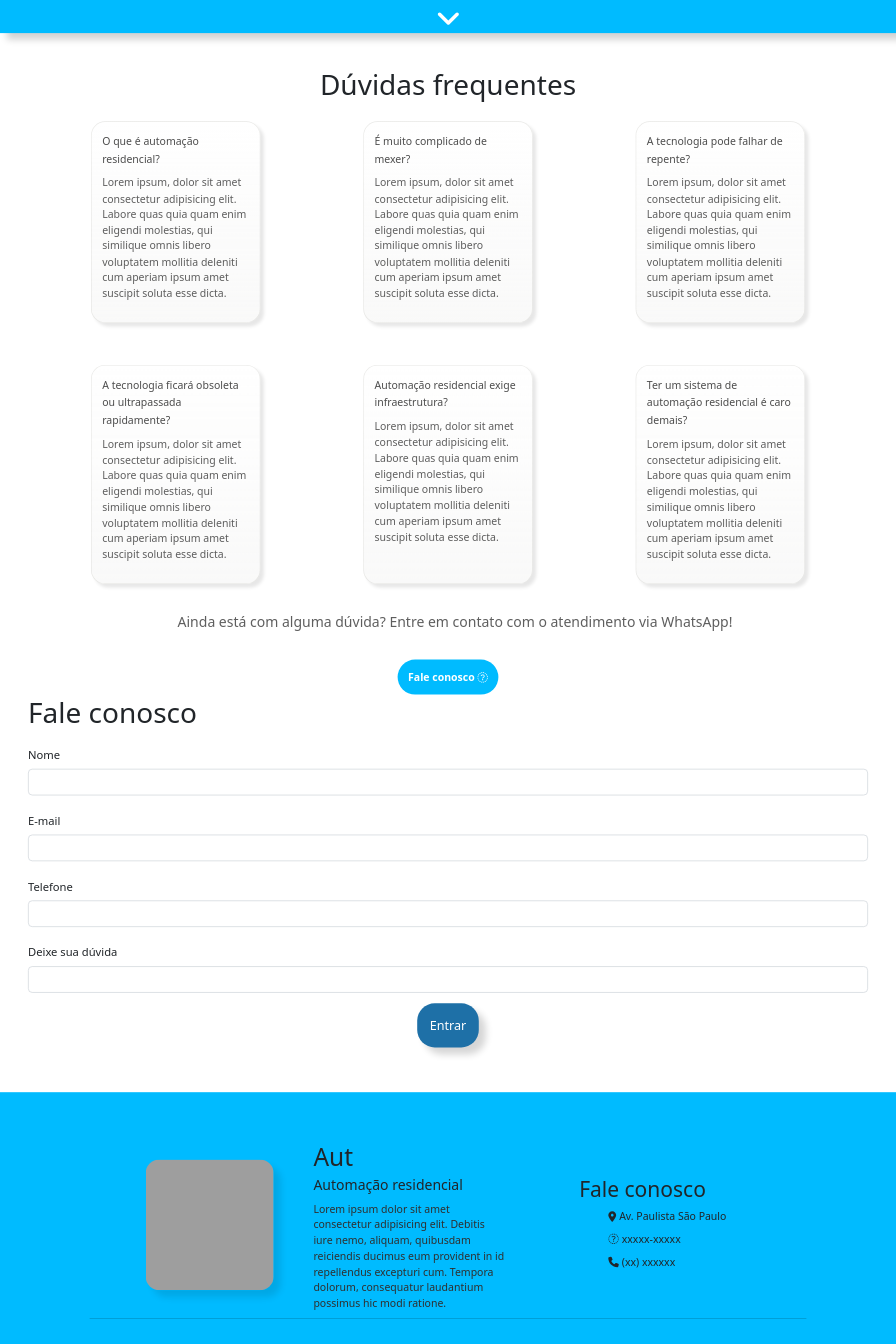
Repository: BulleST/SouHi_Institucional
Page: home.html
An editor plug-in stored every save of this project. The page is shown before and after the next save, followed by the edit.
The browser window is 1280 px wide. The pictures show the part of the page from y = 1636 to 3556 px (the page is 3556 px tall before and 3506 px after), at 70% of full size.
Pictures or frames that could not be fetched are drawn as grey boxes.

Above is the page before, as saved 2022-10-27 16:55:09.

### home.html
<!DOCTYPE html>
<html lang="pt-br">

<head>
  <meta charset="UTF-8">
  <meta http-equiv="X-UA-Compatible" content="IE=edge">
  <meta name="viewport" content="width=device-width, initial-scale=1.0">
  <title>SouHi - Soluções Automatizadas</title>

  <script src="https://code.jquery.com/jquery-3.6.1.js" integrity="sha256-3zlB5s2uwoUzrXK3BT7AX3FyvojsraNFxCc2vC/7pNI="
    crossorigin="anonymous"></script>


    <!-- Bootstrap -->
<link href="https://cdn.jsdelivr.net/npm/bootstrap@5.2.2/dist/css/bootstrap.min.css" rel="stylesheet" integrity="sha384-Zenh87qX5JnK2Jl0vWa8Ck2rdkQ2Bzep5IDxbcnCeuOxjzrPF/et3URy9Bv1WTRi" crossorigin="anonymous">
<script src="https://cdn.jsdelivr.net/npm/bootstrap@5.2.2/dist/js/bootstrap.bundle.min.js" integrity="sha384-OERcA2EqjJCMA+/3y+gxIOqMEjwtxJY7qPCqsdltbNJuaOe923+mo//f6V8Qbsw3" crossorigin="anonymous"></script>
  <!-- Fontawesome -->
  <link rel="stylesheet" href="https://cdnjs.cloudflare.com/ajax/libs/font-awesome/6.2.0/css/all.min.css"
    integrity="sha512-xh6O/CkQoPOWDdYTDqeRdPCVd1SpvCA9XXcUnZS2FmJNp1coAFzvtCN9BmamE+4aHK8yyUHUSCcJHgXloTyT2A=="
    crossorigin="anonymous" referrerpolicy="no-referrer" />
  <script src="https://cdnjs.cloudflare.com/ajax/libs/font-awesome/6.2.0/js/all.min.js"
    integrity="sha512-naukR7I+Nk6gp7p5TMA4ycgfxaZBJ7MO5iC3Fp6ySQyKFHOGfpkSZkYVWV5R7u7cfAicxanwYQ5D1e17EfJcMA=="
    crossorigin="anonymous" referrerpolicy="no-referrer"></script>

  <!-- Slick Carousel -->
  <link rel="stylesheet" type="text/css" href="https://cdn.jsdelivr.net/npm/slick-carousel@1.8.1/slick/slick.css" />
  <script type="text/javascript" src="https://cdn.jsdelivr.net/npm/slick-carousel@1.8.1/slick/slick.min.js"></script>

  <!-- AOS -->
  <link rel="stylesheet" href="https://unpkg.com/aos@next/dist/aos.css">
  <script src="https://unpkg.com/aos@next/dist/aos.js"></script>

  <link rel="stylesheet" href="style.css">
  <script src="script.js" defer></script>

</head>

<body>
  <header>
    <div class="header-container bg-on" id="header">
      <div class="header-position">
        <div class="flex-item-image">
          <img src="img/logo_claro.png" alt="Logo Souhi">
        </div>
        <div class="flex-item-rotas">
          <nav class="rotas">
            <ul>
            <li> <a class="header__navigation-link" href="#home">Home</a></li>
              <li><a class="header__navigation-link" href="#quem-somos">Quem somos</a></li>
              <li><a class="header__navigation-link" href="#produtos">Ofertas</a></li>
              <li><a class="header__navigation-link" href="#duvidas">FAQ</a></li>
              <li><a class="header__navigation-link" href="#contatos">Contatos</a></li>
            </ul>
          </nav>
        </div>
        <div class="flex-item-contato">
          <a href="" class="btn-fale-conosco">Fale conosco!</a>
        </div>
      </div>
    </div>
  </header>


  <section>
    <section class="carrossel" id="inicio">
      <button class="btn-scroll-down">
        <i class="fas fa-chevron-down"></i>
      </button>
      <div class="slider">
        <div class=" first-item">
          <div class="slider__item-inner slider__item d-flex first-item-inner">
            <div class="slider__item-content first-content">
              <h3>Lorem Ipsum</h3>
              <hr>
              <p>Lorem ipsum dolor, sit amet consectetur adipisicing elit. Beatae fugiat voluptas consequatur voluptate perspiciatis aspernatur voluptates dolores inventore vero incidunt officia, modi dolorum. </p>
              <p class="my-2">Conheça nossos produtos!</p>
              <button class="btn btn-confira">Confira</button>
            </div>
            <div class="slider__item-image first-image">
              <img src="./img/house.png" alt="">
            </div>
          </div>
        </div>
        <div class="  second-item">

          <div class=" d-flex slider__item  second-item-inner">

            <div class="second-contain">
              <div class=" second-image">

                <img src="img/ic_launcher.png" alt="" >
                <img src="./img/phone.png" alt="">

              </div>
            <div class=" second-content">
              <h3>Lorem Ipsum</h3>

              <p>Lorem ipsum dolor, sit amet consectetur adipisicing elit.  </p>
              <a href="" class="btn-fale-conosco">Fale conosco!</a>

            </div>

          </div>

          </div>
        </div>
        <div class="  third-item">
          <div class=" d-flex slider__item  third-item-inner">
            <div class="third-contain">
              <div class=" third-image">
                <img src="img/smart-house-8.png" alt="" >
              </div>
            <div class=" third-content">
              <h3>Lorem Ipsum Ipsum</h3>
              <p>Lorem ipsum dolor, sit amet consectetur adipisicing elit. Lorem ipsum dolor, sit amet consectetur adipisicing elit. orem ipsum dolor, sit amet consectetur adipisicing elit. </p>
              <a href="" class="btn-fale-conosco mt-2">Fale conosco!</a>
            </div>
          </div>
          </div>
        </div>
        </div>
      </div>
    </section>

    <div class="bg">
      <div class="container wrapper">
        <section class="quem-somos" id="quem-somos">
          <img src="img/teste.jpg" alt="" class="imagem" data-aos="fade-right">
          <div class="texto" data-aos="fade-left">

            <h1>Quem somos</h1>
            <p>Lorem ipsum, dolor sit amet consectetur adipisicing elit. Iure, obcaecati alias magni reiciendis non ipsa
              asperiores deserunt quibusdam quasi ut odit, quaerat ex eum fugit pariatur rerum eius vitae maiores?</p>

            <button class="btn">Saiba mais <span> <i class="fa-solid fa-angles-right"></i></span></button>
          </div>
        </section>
        <div class="beneficios">
          <div class="card card-1" data-aos="fade-up">
            <div class="card-texto">
              <span> <i class="fa-solid fa-dollar-sign icone-card"></i></span>
              <h1>Economia</h1>
              <p>Lorem, ipsum dolor sit amet consectetur adipisicing elit. Saepe placeat repellat magni est praesentium
                quaerat aspernatur incidunt sint, quisquam voluptates aut fugiat vel dolorum maxime alias autem, sunt
                quae amet!</p>
            </div>
          </div>
          <div class="card card-2" data-aos="fade-up">
            <div class="card-texto">
              <span> <i class="fa-solid fa-shield icone-card"></i></span>
              <h1>Segurança</h1>
              <p>Lorem, ipsum dolor sit amet consectetur adipisicing elit. Saepe placeat repellat magni est praesentium
                quaerat aspernatur incidunt sint, quisquam voluptates aut fugiat vel dolorum maxime alias autem, sunt
                quae amet!</p>
            </div>
          </div>
          <div class="card card-3" data-aos="fade-up">
            <div class="card-texto">
              <span> <i class="fa-solid fa-check icone-card"></i></span>
              <h1>Conveniência</h1>
              <p>Lorem, ipsum dolor sit amet consectetur adipisicing elit. Saepe placeat repellat magni est praesentium
                quaerat aspernatur incidunt sint, quisquam voluptates aut fugiat vel dolorum maxime alias autem, sunt
                quae amet!</p>
            </div>
          </div>
          <div class="card card-4" data-aos="fade-up">
            <div class="card-texto">
              <span> <i class="fa-solid fa-couch icone-card"></i></span>
              <h1>Conforto</h1>
              <p>Lorem, ipsum dolor sit amet consectetur adipisicing elit. Saepe placeat repellat magni est praesentium
                quaerat aspernatur incidunt sint, quisquam voluptates aut fugiat vel dolorum maxime alias autem, sunt
                quae amet!</p>
            </div>
          </div>
        </div>
      </div>


      <div class="produtos-fechado" id="produtos">
        <div class="produtos-texto">
          <h1>O que você quer automatizar?</h1>
          <p>Lorem ipsum dolor sit, amet consectetur adipisicing elit. Explicabo odit eveniet molestiae reiciendis ab
            odio ipsum labore! Culpa optio consectetur, laboriosam quia enim vitae consequuntur tempora id in quos
            ipsum!</p>

          <span class="pra"><i class="fa-solid fa-angle-down down" id="show-or-hide"></i></span>
        </div>

      </div>
      <!-- <div class="produtos-aberto">
        <div class=" sessao  mySwiper container">
          <div class="swiper-wrapper content">

            <div class="swiper-slide card">
              <div class="card-content">

                <div class="image">
                  <img src="https://source.unsplash.com/random/250x250" alt="" class="eseu">

                </div>
              </div>
            </div>

            <div class="swiper-slide card">
              <div class="card-content">

                <div class="image">
                  <img src="https://source.unsplash.com/random/250x250" alt="" class="eseu">
                </div>
              </div>
            </div>

            <div class="swiper-slide card">

              <div class="card-content">

                <div class="image">
                  <img src="https://source.unsplash.com/random/250x250" alt="" class="eseu">
                </div>
              </div>
            </div>

            <div class="swiper-slide card">
              <div class="card-content">


                <div class="image">

                  <img src="https://source.unsplash.com/random/250x250" alt="" class="eseu">
                </div>
              </div>
            </div>
          </div>
        </div>
        <div class="swiper-button-next"></div>
        <div class="swiper-button-prev"></div>
        <div class="swiper-paggination"></div>
      </div> -->
    </div>






    <div class="wrapper">
      <div class="duvidas" id="duvidas">
        <h1>Dúvidas frequentes</h1>
        <div class="duvida-card">
          <div class="grupo1">
            <div class="duvida s1 " data-aos="fade-up">
              <span>
                <fa-icon [icon]="['fas', 'question-circle']" class="duvidas-icones"></fa-icon>
                <h2>O que é automação residencial?</h2>
              </span>
              <p>Lorem ipsum, dolor sit amet consectetur adipisicing elit. Labore quas quia quam enim eligendi
                molestias, qui similique omnis libero voluptatem mollitia deleniti cum aperiam ipsum amet suscipit
                soluta esse dicta.</p>
            </div>
            <div class="duvida s2 " data-aos="fade-up">
              <span>
                <fa-icon [icon]="['fas', 'question-circle']" class="duvidas-icones"></fa-icon>
                <h2>É muito complicado de mexer?</h2>
              </span>

              <p>Lorem ipsum, dolor sit amet consectetur adipisicing elit. Labore quas quia quam enim eligendi
                molestias, qui similique omnis libero voluptatem mollitia deleniti cum aperiam ipsum amet suscipit
                soluta esse dicta.</p>
            </div>
            <div class="duvida s3 " data-aos="fade-up">
              <span>
                <fa-icon [icon]="['fas', 'question-circle']" class="duvidas-icones"></fa-icon>
                <h2>A tecnologia pode falhar de repente?</h2>
              </span>

              <p>Lorem ipsum, dolor sit amet consectetur adipisicing elit. Labore quas quia quam enim eligendi
                molestias, qui similique omnis libero voluptatem mollitia deleniti cum aperiam ipsum amet suscipit
                soluta esse dicta.</p>
            </div>
          </div>
          <div class="grupo2">


            <div class="duvida s4 " data-aos="fade-up">
              <span>
                <fa-icon [icon]="['fas', 'question-circle']" class="duvidas-icones"></fa-icon>
                <h2>A tecnologia ficará obsoleta ou ultrapassada rapidamente?</h2>
              </span>

              <p>Lorem ipsum, dolor sit amet consectetur adipisicing elit. Labore quas quia quam enim eligendi
                molestias, qui similique omnis libero voluptatem mollitia deleniti cum aperiam ipsum amet suscipit
                soluta esse dicta.</p>


            </div>
            <div class="duvida s5 " data-aos="fade-up">
              <span>
                <fa-icon [icon]="['fas', 'question-circle']" class="duvidas-icones"></fa-icon>
                <h2>Automação residencial exige infraestrutura?</h2>
              </span>

              <p>Lorem ipsum, dolor sit amet consectetur adipisicing elit. Labore quas quia quam enim eligendi
                molestias, qui similique omnis libero voluptatem mollitia deleniti cum aperiam ipsum amet suscipit
                soluta esse dicta.</p>
            </div>
            <div class="duvida s6 " data-aos="fade-up">
              <span>
                <fa-icon [icon]="['fas', 'question-circle']" class="duvidas-icones"></fa-icon>
                <h2>Ter um sistema de automação residencial é caro demais?</h2>
              </span>

              <p>Lorem ipsum, dolor sit amet consectetur adipisicing elit. Labore quas quia quam enim eligendi
                molestias, qui similique omnis libero voluptatem mollitia deleniti cum aperiam ipsum amet suscipit
                soluta esse dicta.</p>
            </div>
          </div>
        </div>
        <div class="duvidas-link">
          <p>Ainda está com alguma dúvida? Entre em contato com o atendimento via WhatsApp!</p>
          <a href="">Fale conosco <i class='fa fa-whatsapp'></i></a>

        </div>
      </div>
    </div>
    <div class="wrapper">
    <div class="fale-conosco">
      <h1>Fale conosco</h1>
      <form action="">
        <div action="" class="form-group mt-4">
          <label for="" class="form-label">Nome</label>
          <input type="text" class="form-control" required>
        </div>
        <div action="" class="form-group mt-4">
          <label for="" class="form-label">E-mail</label>
          <input type="text" class="form-control" required>
        </div>
        <div action="" class="form-group mt-4">
          <label for="" class="form-label">Telefone</label>
          <input type="text" class="form-control">
        </div>
        <div action="" class="form-group mt-4">
          <label for="" class="form-label">Deixe sua dúvida</label>
          <input type="textarea" class="form-control">
        </div>
        <div class="form-group d-flex justify-content-center">
          <button type="submit" class="btn botao">Entrar</button>
        </div>



      </form>
    </div>
  </div>

    </div>


 <div class="link-top link-on" ><a href="#inicio">


  <i class="fa-solid fa-angle-up"></i></a></div>
  </section>

  <section class="footer">

    </div>
    <div class="footer-position">
      <div class="finalizacao">
        <img src="img/pexels-liza-summer-6347719.jpg" alt="" class="footer-img">
        <div class="texto">
          <h1>Aut</h1>
          <h2>Automação residencial</h2>
          <p>Lorem ipsum dolor sit amet consectetur adipisicing elit. Debitis iure nemo, aliquam, quibusdam reiciendis
            ducimus eum provident in id repellendus excepturi cum. Tempora dolorum, consequatur laudantium possimus hic
            modi ratione.</p>
        </div>
      </div>
      <div class="contato">
        <div class="contato-texto">
          <h2>Fale conosco</h2>

          <ul>
            <li><i class="fa-solid fa-location-dot"></i> Av. Paulista São Paulo </li>
            <li><i class='fa fa-whatsapp'></i> xxxxx-xxxxx</li>
            <li><i class="fa-solid fa-phone"></i> (xx) xxxxxx</li>
          </ul>
        </div>
      </div>

    </div>

  </section>

</body>


<script>




</script>

</html>

Loaded but not shown: script.js (75 lines, source omitted); style.css (1107 lines, source omitted)

After the next save:
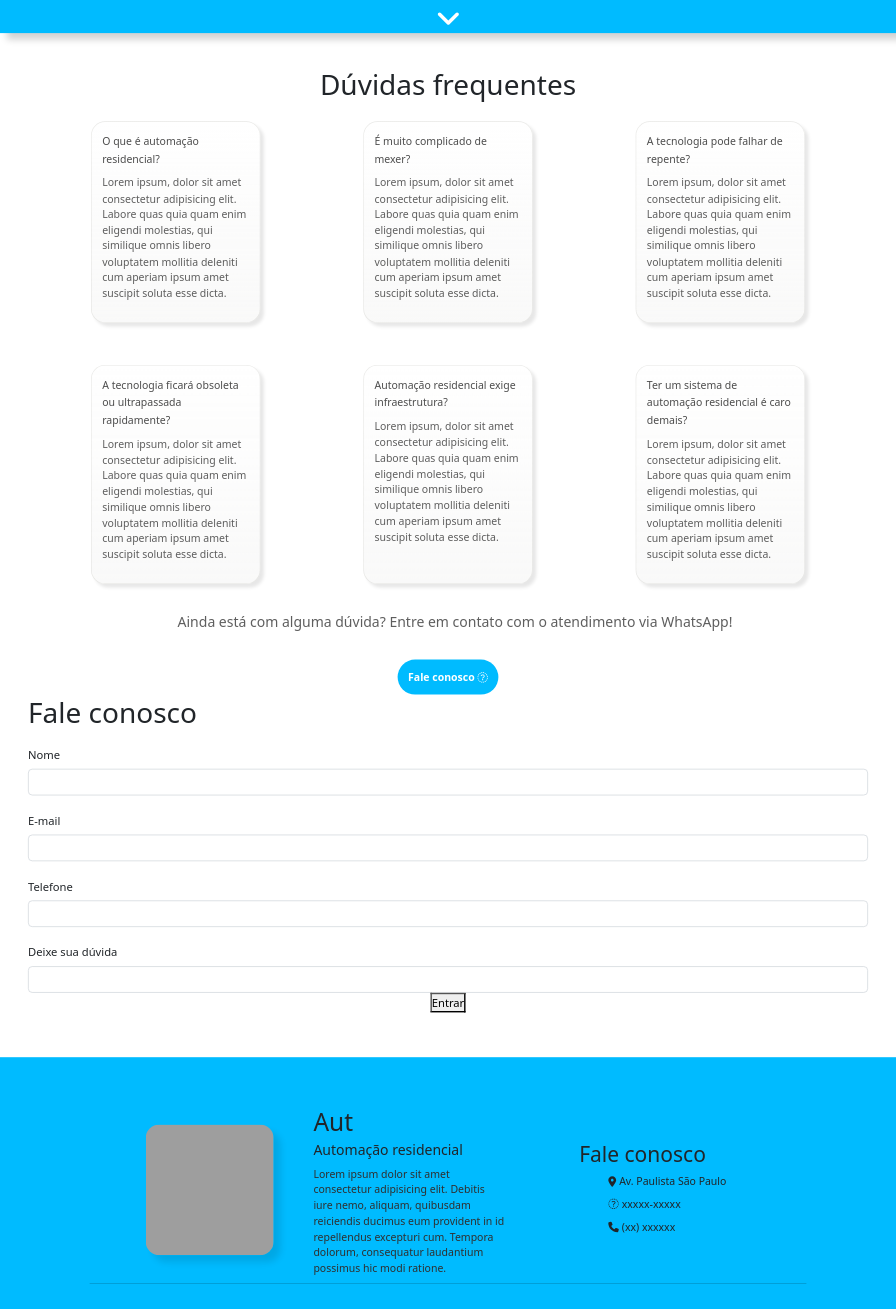
Saved 23 s later.
--- a/home.html
+++ b/home.html
@@ -343,7 +343,7 @@
           <input type="textarea" class="form-control">
         </div>
         <div class="form-group d-flex justify-content-center">
-          <button type="submit" class="btn botao">Entrar</button>
+          <button type="submit" >Entrar</button>
         </div>
 
 
